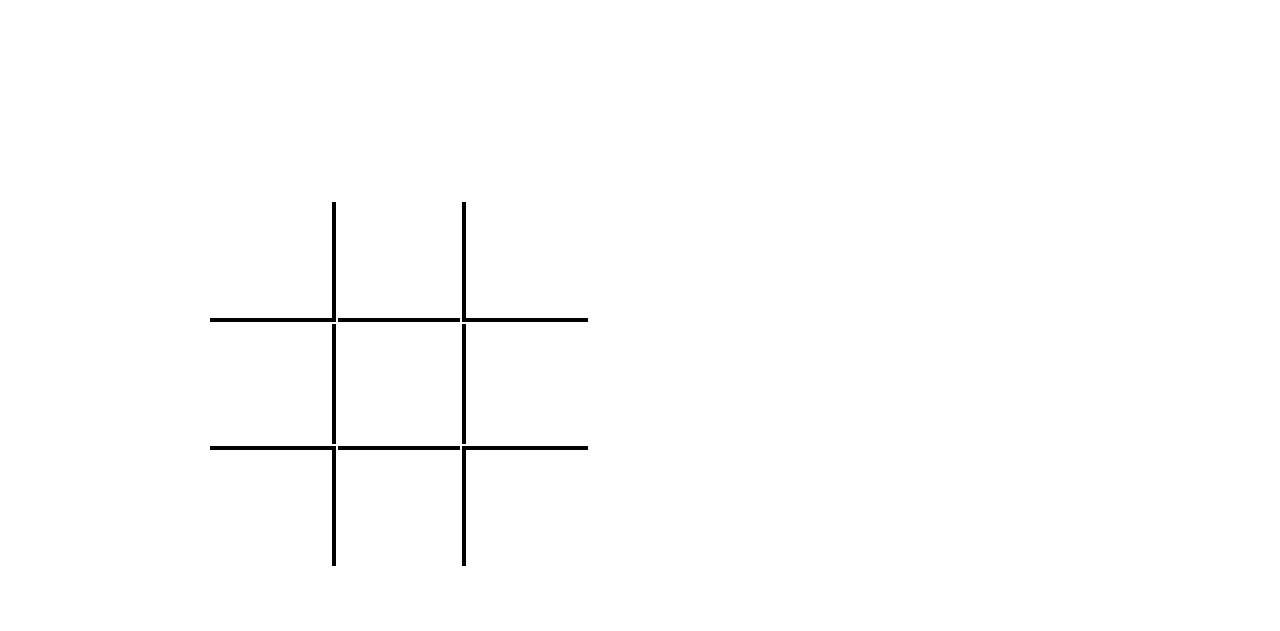
Repository: BKMaster94/Proggen_testat_2
Page: Proggen_testat_2/HTML/Index.html
An editor plug-in stored every save of this project. The page is shown before and after the next save, followed by the edit.
The browser window is 1280 px wide. The pictures show the whole page.

Above is the page before, as saved 2017-06-09 12:54:07.

After the next save:
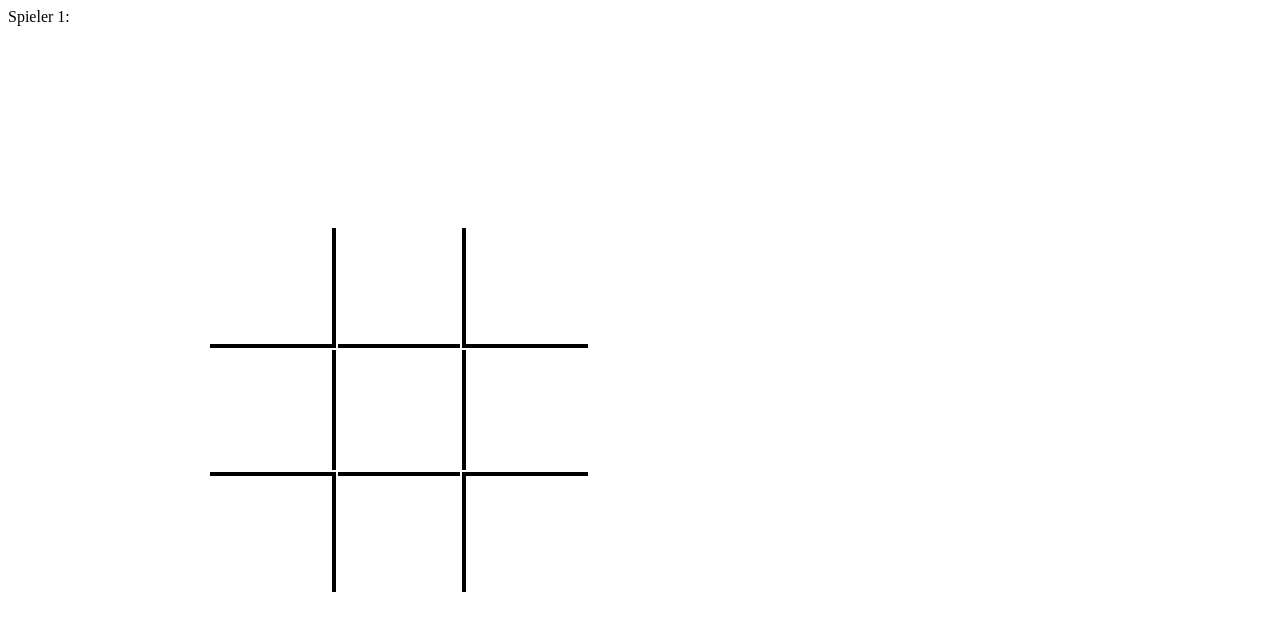
Saved 9 min 9 s later.
--- a/Proggen_testat_2/HTML/Index.html
+++ b/Proggen_testat_2/HTML/Index.html
@@ -61,6 +61,8 @@
 </HEAD>
 
 <BODY>
+<p> Spieler 1: </p>
+
 
 	<table id="table">
 		<tr id="S_Eins">
